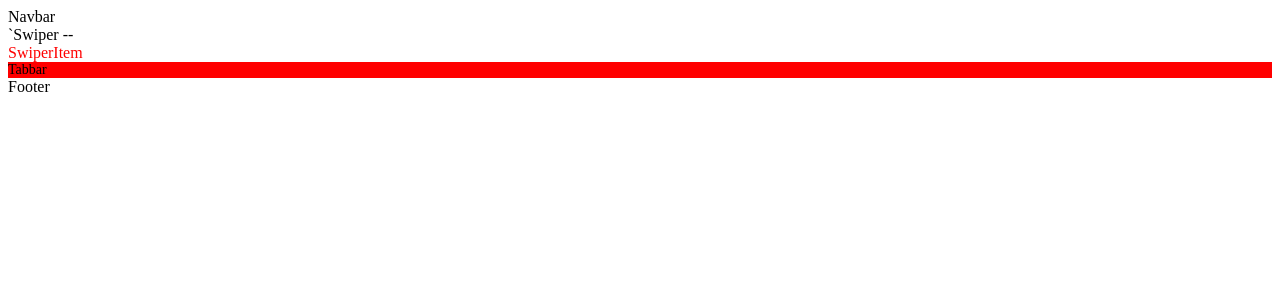
Repository: ysl200/111
Page: / (app in react/frontend/)
These files come from the project's save history. The page is drawn as it stood at one moment and after the next save; the edit follows.
The browser window is 1280 px wide. The pictures show the whole page.
The project was rebuilt for these pictures with package versions that can differ from the ones it lists, and the page was loaded fresh each time.

Above is the page before, as saved 2024-01-04 19:24:43.

After the next save:
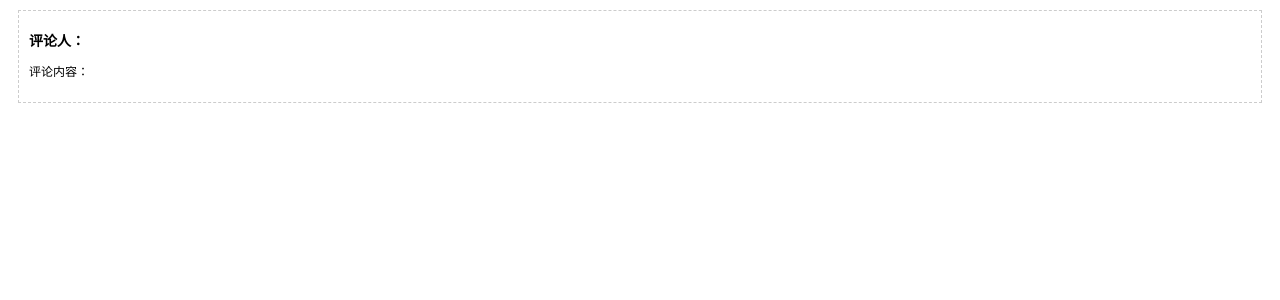
Saved 65 s later.
--- a/react/frontend/src/index.js
+++ b/react/frontend/src/index.js
@@ -2,42 +2,21 @@ import React, { Component } from "react";
 import { createRoot } from 'react-dom/client';
 
 
-const userStyle = { color: 'red', fontWeight: 200 };
-class Navbar extends Component {
-  render() {
-    return (
-      <div>
-        Navbar
-      </div>
-    );
-  }
+
+const styles = {
+    item: {border: '1px dashed #ccc', margin: '10px', padding: '10px', boxShadow: '0 0 #ccc'},
+    user: {fontSize: '14px'},
+    content: {fontSize: '12px'}
 }
 
-
-function SwiperItem(){
-  return <div style={userStyle}>SwiperItem</div>
-}
-
-function Swiper(){
-  return <div>
-  `Swiper -- <SwiperItem></SwiperItem>
-  </div>
-}
-
-const Tabbar = ()=>{
-  return <div style={{backgroundColor:"red", fontSize:"14px"}}>Tabbar</div>
-}
-
-const Footer = ()=>  <div>Footer</div>
-
-export default function App() {
+export default function App(props) {
 
     return (
       <div>
-        <Navbar></Navbar>
-        <Swiper></Swiper>
-        <Tabbar></Tabbar>
-        <Footer></Footer>
+        <div style = {styles.item}>
+        <h1 style = {styles.user}>评论人：{props.user}</h1>
+        <p style = {styles.content}>评论内容：{props.content}</p>
+    </div>
       </div>
     )
   }
